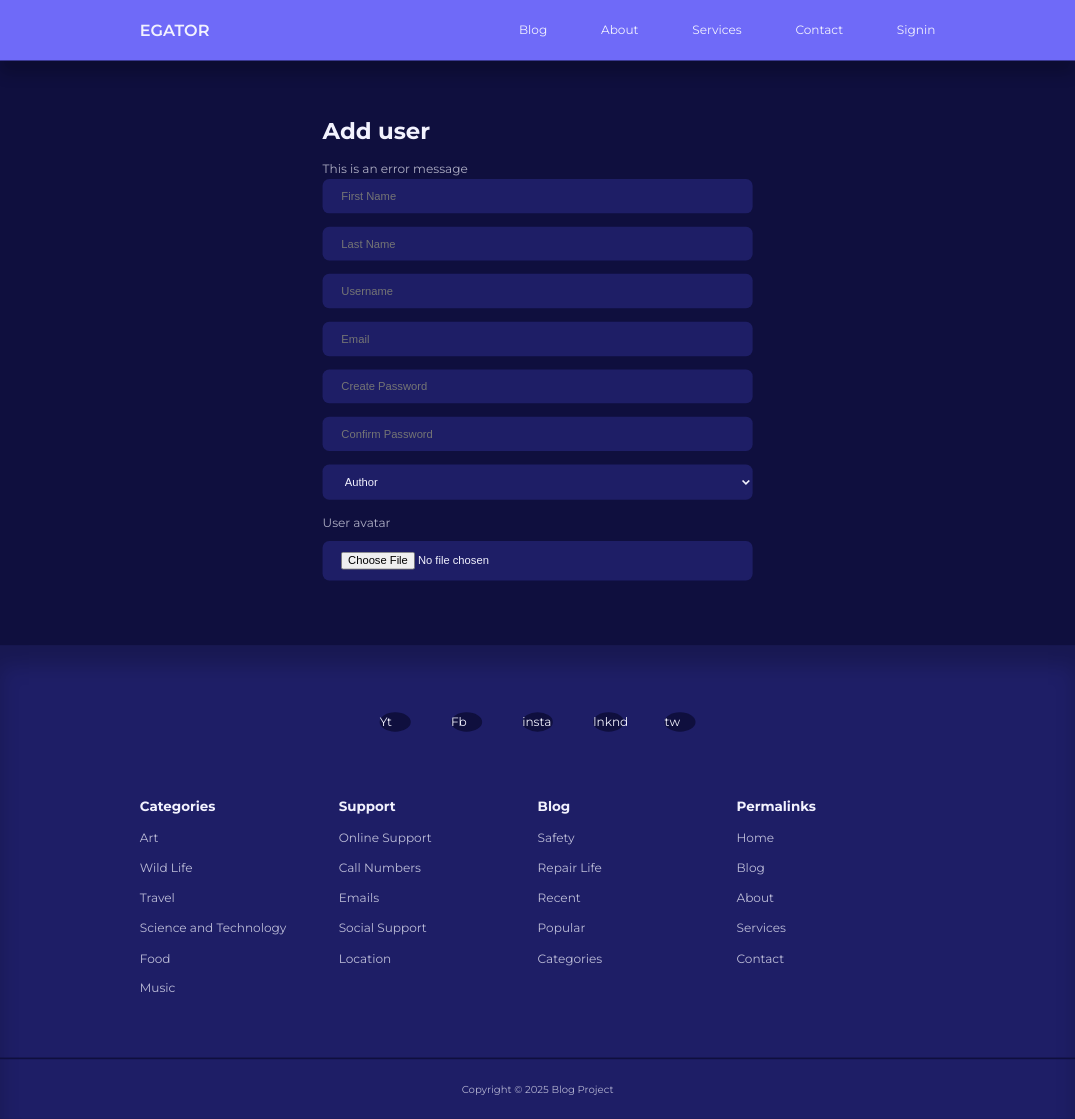
Repository: karimrd-hub/Blog-App
Page: http://localhost/blog/admin/add-user.php
The author's editor kept a copy of each file at every save. The page is drawn from the files as they stood at one save, then again after a run of saves.
The browser window is 1280 px wide. The pictures show the whole page, at 84% of full size.
Some icons come from a web library that is not loaded, so they are not drawn. The page is run by PHP 8.4 with error messages shown; the project is at /var/www/html/.

Above is the page before, as saved 2025-01-19 14:43:42.
Console error: TypeError: Cannot read properties of null (reading 'addEventListener')

After the next 13 saves:
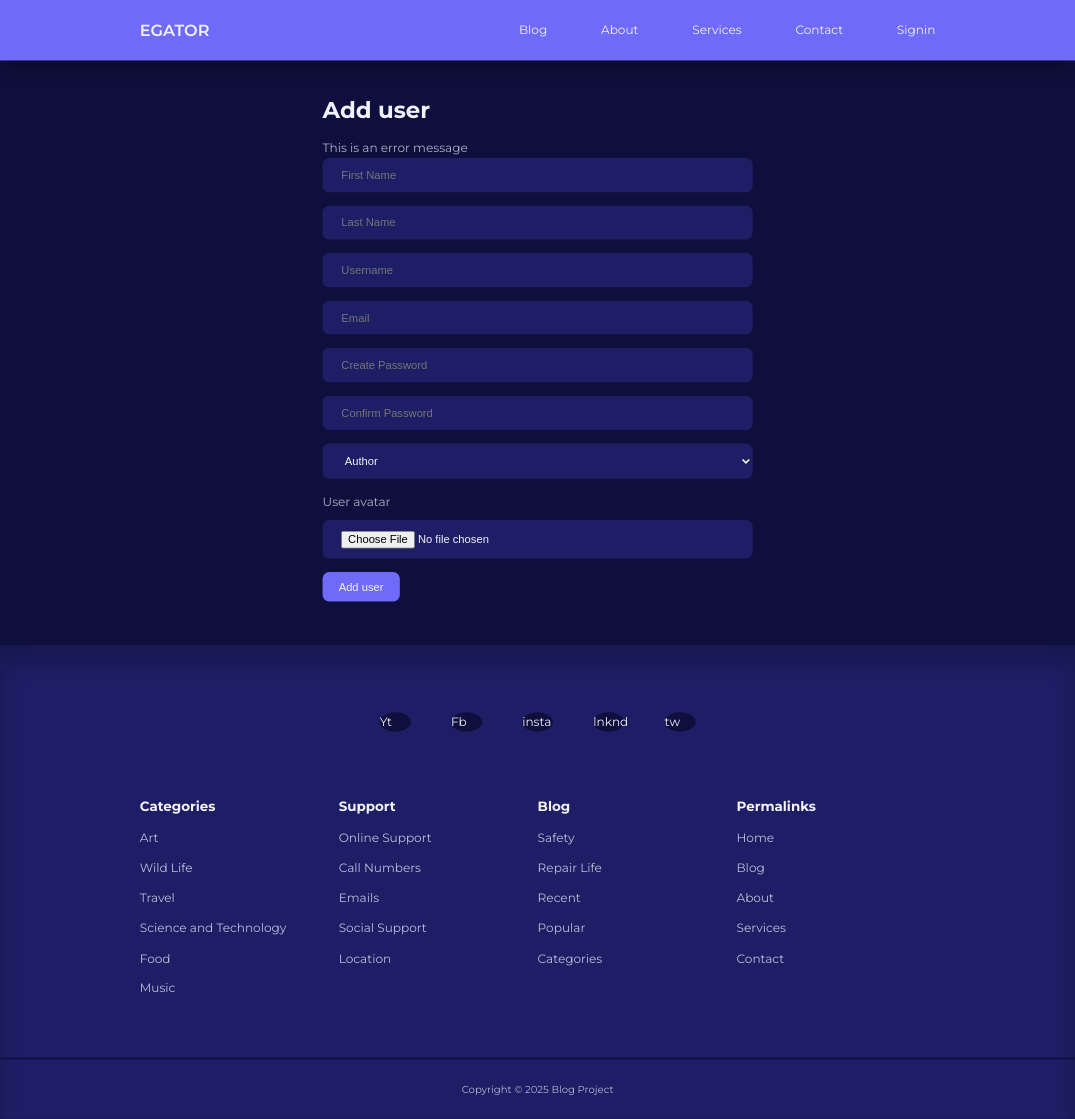
The 13 saves are shown as one change because they came seconds apart.
The last was saved 23 s later.
--- a/admin/add-user.php
+++ b/admin/add-user.php
@@ -23,6 +23,7 @@ include '../partials/header.php';
                 <label for="avatar">User avatar</label>
                 <input type="file" id="avatar">
             </div>
+            <button type="submit" class="btn" >Add user</button>
         </form>
     </div>
 </section>
